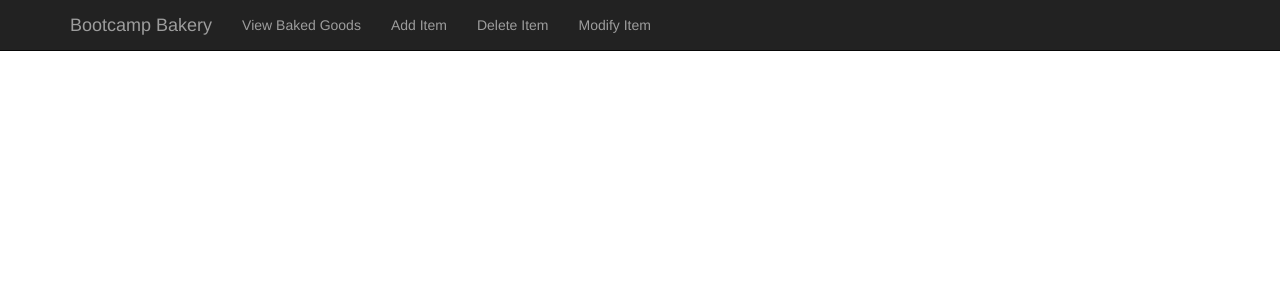
Repository: BillKratzIII/week5Project
Page: http://localhost/bakery/readDB.jsp
An editor plug-in stored every save of this project. The page is shown before and after the next save, followed by the edit.
The browser window is 1280 px wide. The pictures show the whole page.
The page is served by Tomcat 9.

Above is the page before, as saved 2016-09-01 18:12:18.

After the next save:
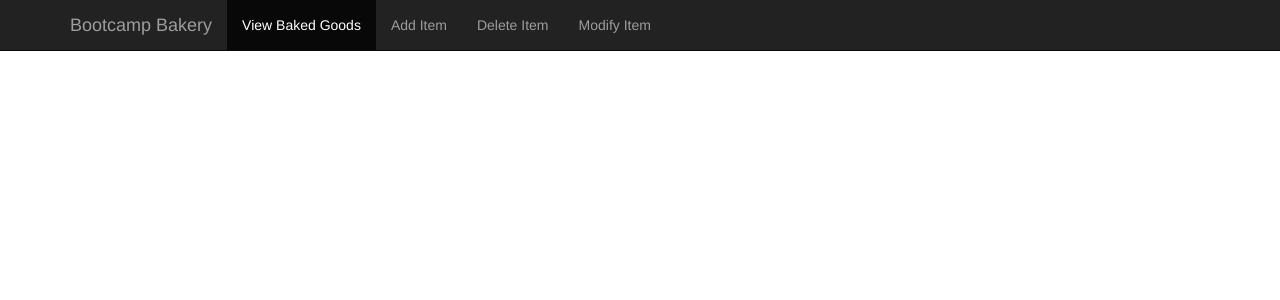
Saved 12 s later.
--- a/bakery/src/main/webapp/readDB.jsp
+++ b/bakery/src/main/webapp/readDB.jsp
@@ -42,7 +42,7 @@
 		<div class="collapse navbar-collapse"
 			id="bs-example-navbar-collapse-1">
 			<ul class="nav navbar-nav">
-				<li><a href="readDB.jsp">View Baked Goods</a></li>
+				<li class="active"><a href="readDB.jsp">View Baked Goods</a></li>
 				<li><a href="addToDB.html">Add Item</a></li>
 				<li><a href="deleteFromDB.html">Delete Item</a></li>
 				<li><a href="updateDB.html">Modify Item</a></li>
